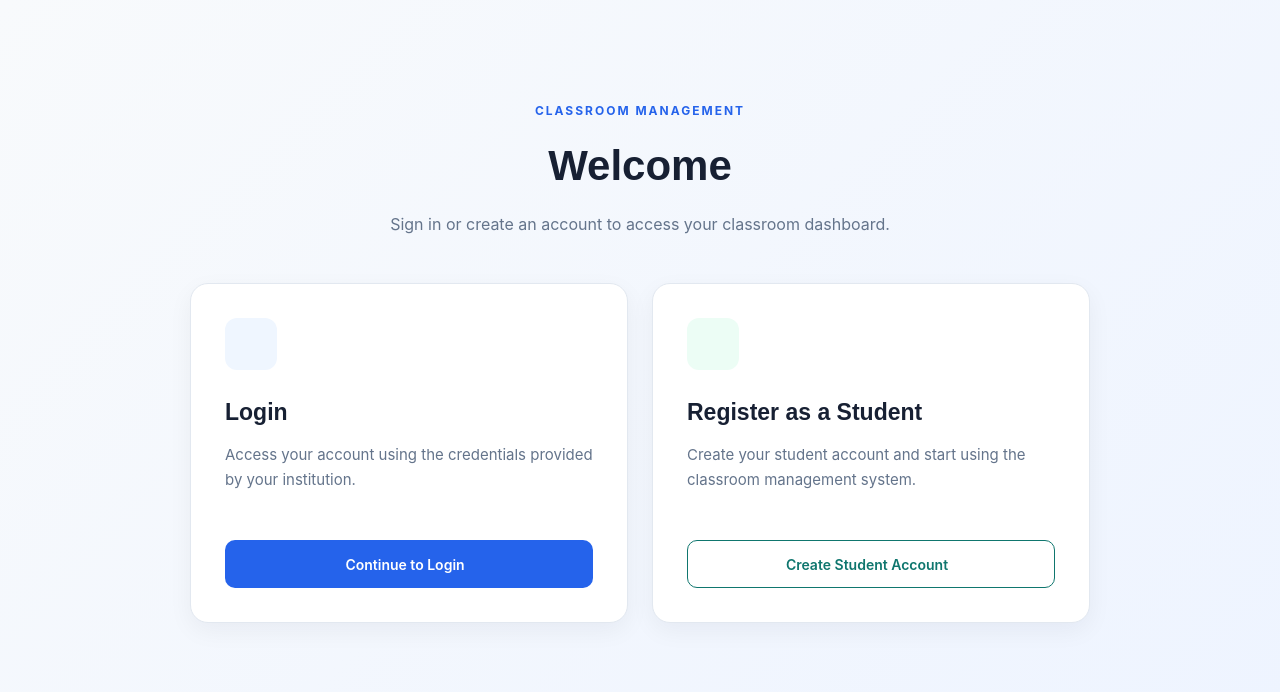
Repository: Chocovcandy/Classroom_Management_System
Page: http://localhost/Login_page
An editor plug-in stored every save of this project. The page is shown before and after the next save, followed by the edit.
The browser window is 1280 px wide. The pictures show the whole page.
Some web libraries are served in a nearby version. The page is served by the project's Laravel application, run on PHP 8.4 with Laravel 12.

Above is the page before, as saved 2026-08-13 22:55:06.

After the next save:
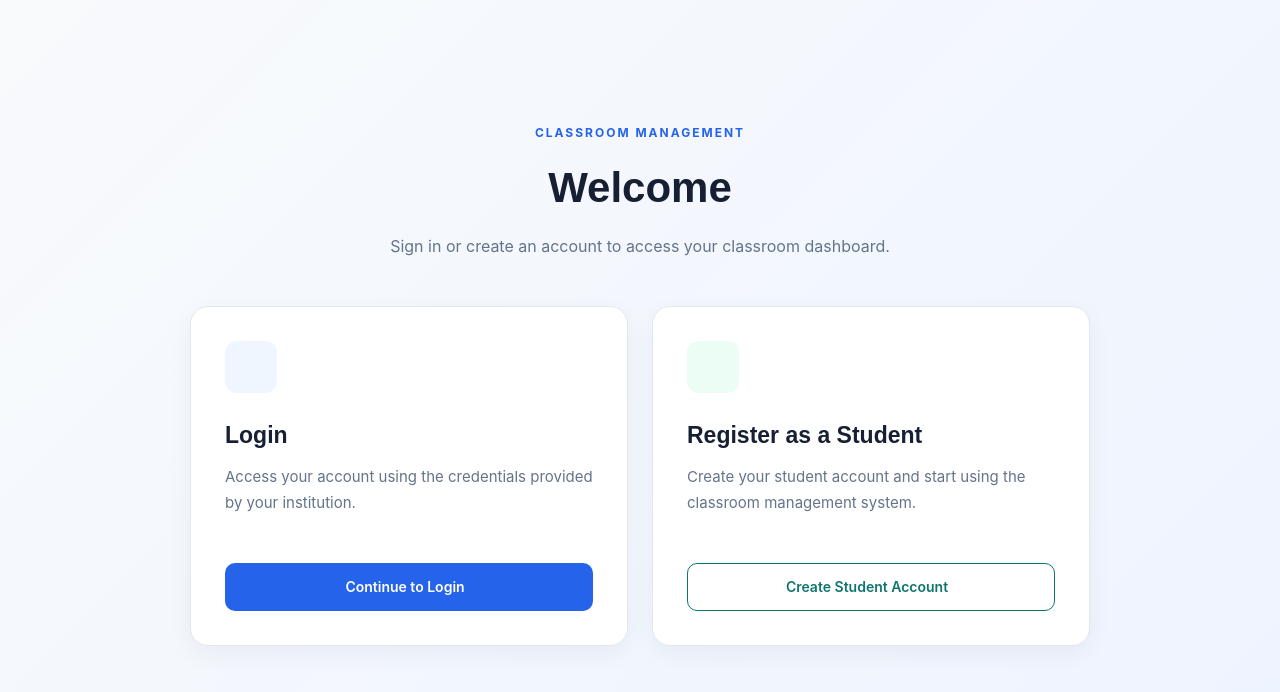
Saved 15 min 24 s later.
--- a/resources/views/Login_page.blade.php
+++ b/resources/views/Login_page.blade.php
@@ -23,6 +23,7 @@
     @guest
 
         <div class="auth-choice-container">
+            <div class="auth-choice-header"></div>
 
             <div class="auth-choice-header">
                 <span class="auth-choice-label">CLASSROOM MANAGEMENT</span>
